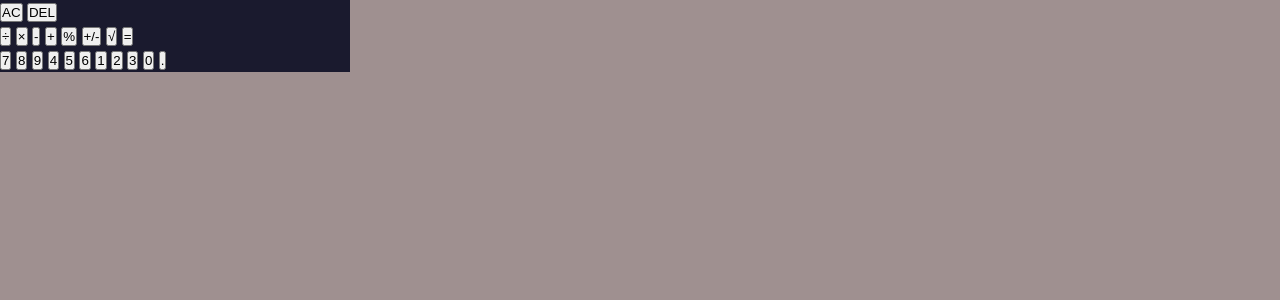
Repository: MikkyPrestige/js-calculator
Page: index.html
These files come from the project's save history. The page is drawn as it stood at one moment and after the next save; the edit follows.
The browser window is 1280 px wide. The pictures show the whole page.

Above is the page before, as saved 2023-05-08 00:53:00.

After the next save:
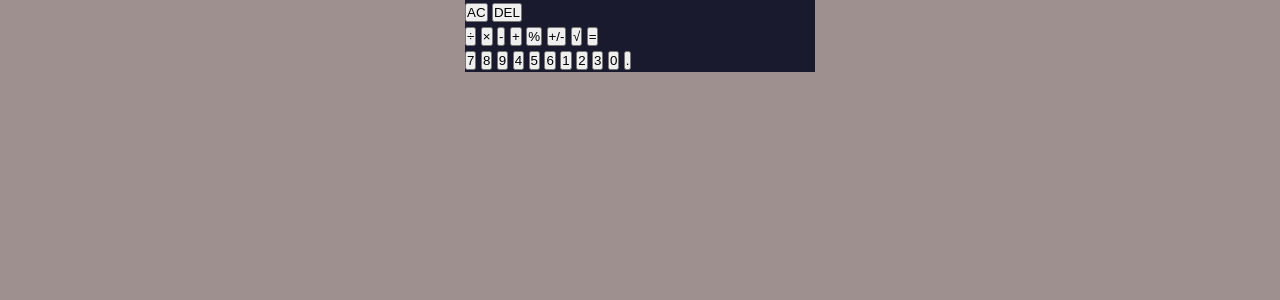
Saved 17 s later.
--- a/index.css
+++ b/index.css
@@ -20,4 +20,6 @@ main {
   background: rgba(26, 26, 46, 1);
   width: 100%;
   max-width: 350px;
+  min-height: 100%;
+  margin: 0 auto;
 }
